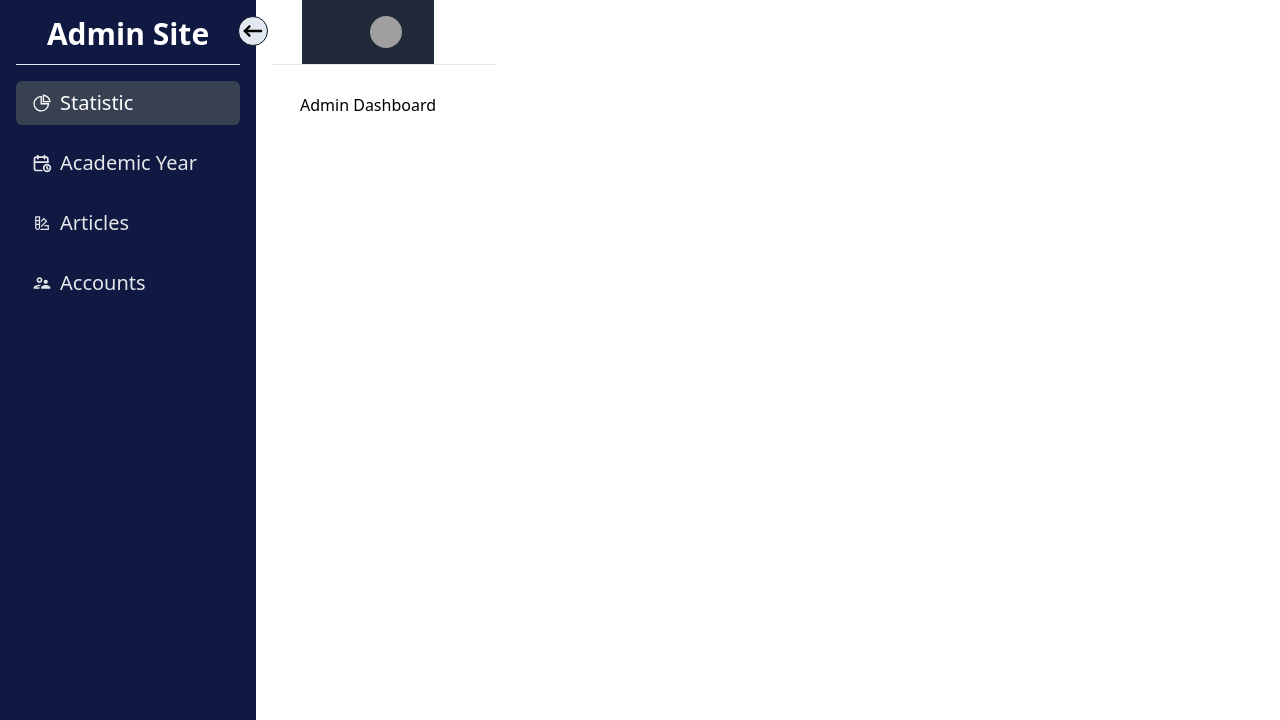
Repository: huynhvanngoan/COMP1640FE-Template
Page: /admin
The author's editor kept a copy of each file at every save. The page is drawn from the files as they stood at one save, then again after the next save.
The browser window is 1280 px wide. The pictures show the whole page.
Pictures or frames that could not be fetched are drawn as grey boxes. The project was rebuilt for these pictures with package versions that can differ from the ones it lists, and the page was loaded fresh each time. Also part of the build but not shown: src/components/buttonStyles.js, src/pages/LoginPage.jsx, src/pages/student/StudentDashboard.jsx, src/pages/department/DepartmentDashboard.jsx, src/pages/marketing/MarketingDashboard.jsx, src/pages/guest/GuestDashboard.jsx.

Above is the page before, as saved 2024-03-24 07:41:54.

After the next save:
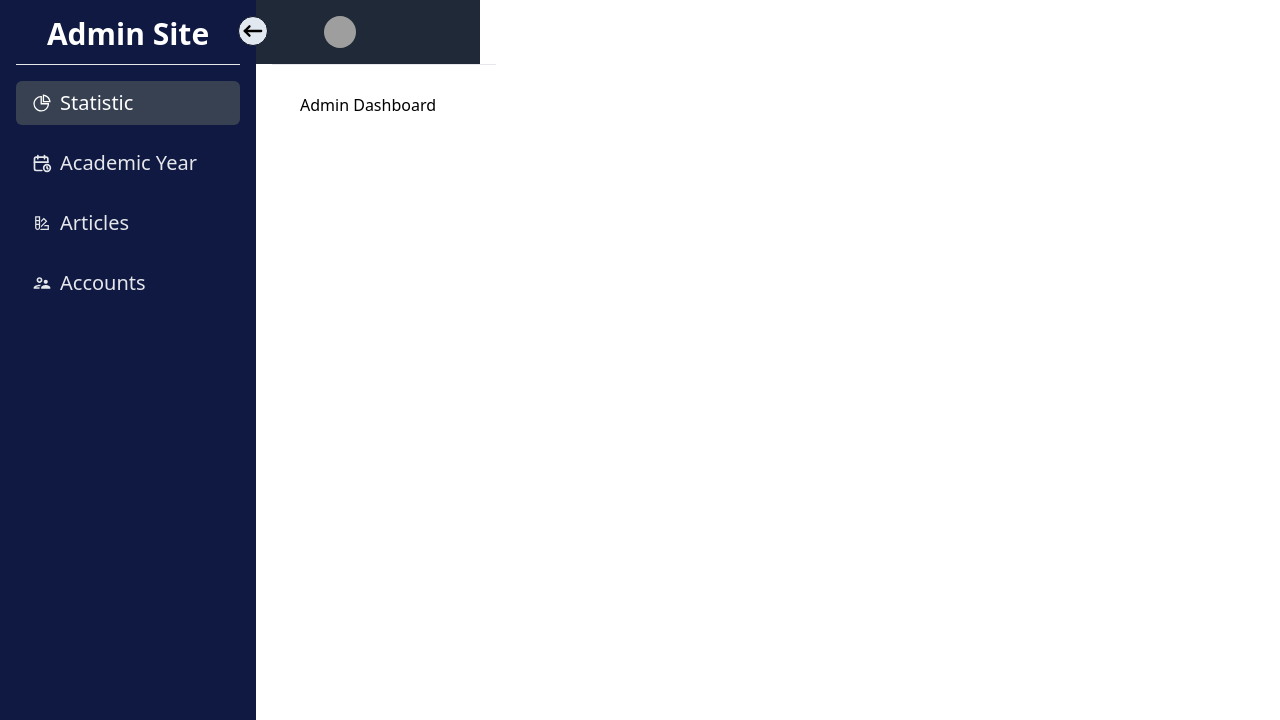
Saved 7 s later.
--- a/src/pages/admin/Header.js
+++ b/src/pages/admin/Header.js
@@ -7,7 +7,7 @@ function classNames(...classes) {
 
 export default function Header() {
   return (
-    <Disclosure as="nav" className="bg-gray-800 right-0 mx-auto max-w-screen-7xl">
+    <Disclosure as="nav" className="bg-gray-800 right-0 max-w-screen-7xl">
       {({ open }) => (
         <>
           <div className="mx-auto max-w-full px-2 sm:px-6 lg:px-8">
